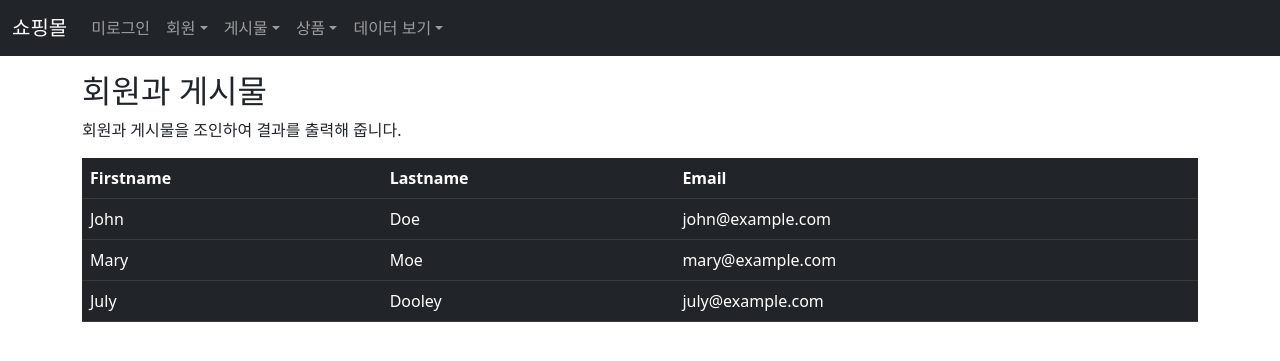
Repository: Sain-Clair/Team5
Page: http://localhost/Student/view/View01.jsp
These files come from the project's save history. The page is drawn as it stood at one moment and after the next save; the edit follows.
The browser window is 1280 px wide. The pictures show the whole page.
The page is served by Tomcat 9.

Above is the page before, as saved 2023-09-12 03:41:16.

After the next save:
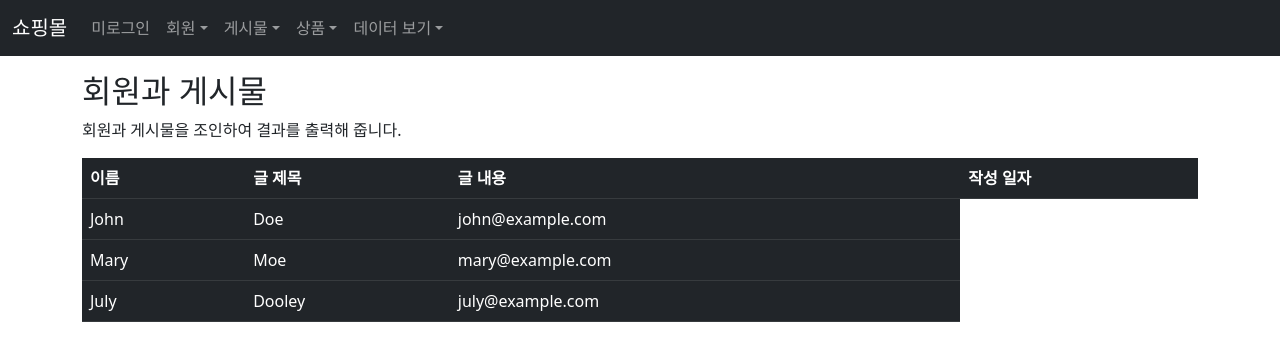
Saved 49 s later.
--- a/Student/src/main/webapp/view/View01.jsp
+++ b/Student/src/main/webapp/view/View01.jsp
@@ -15,9 +15,10 @@
 		<table class="table table-dark table-hover">
 			<thead>
 				<tr>
-					<th>Firstname</th>
-					<th>Lastname</th>
-					<th>Email</th>
+					<th>이름</th>
+					<th>글 제목</th>
+					<th>글 내용</th>
+					<th>작성 일자</th>
 				</tr>
 			</thead>
 			<tbody>
